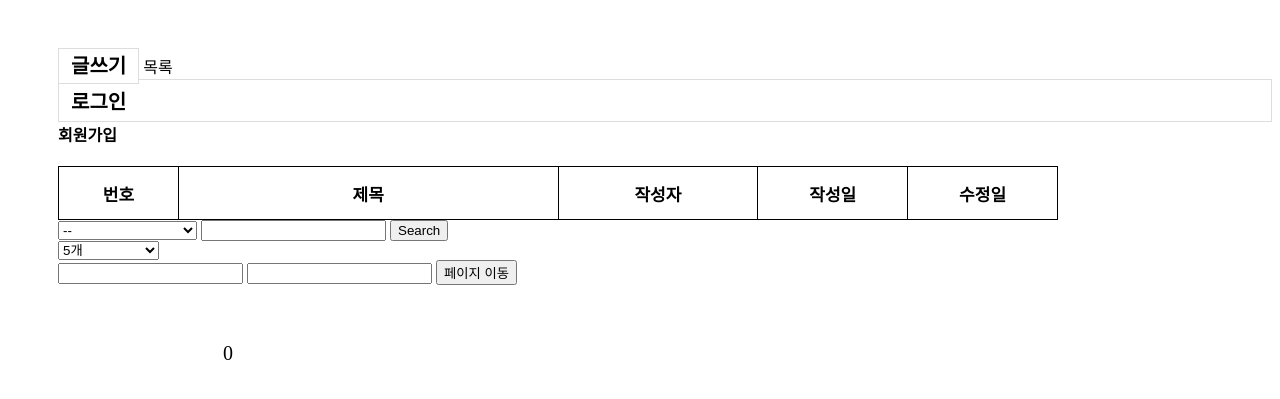
Repository: Shim-YoungDo/gaea-study
Page: http://localhost/study/WEB-INF/views/board/list.jsp
An editor plug-in stored every save of this project. The page is shown before and after the next save, followed by the edit.
The browser window is 1280 px wide. The pictures show the whole page.
The page is served by Tomcat 9. Nobody is signed in. Other server files are loaded and not shown. The template is opened directly, without the code that normally fills it, so the values that code supplies are empty.

Above is the page before, as saved 2021-12-07 04:49:22.

### study/src/main/webapp/WEB-INF/views/board/list.jsp
<%@ page language="java" contentType="text/html; charset=UTF-8"
	pageEncoding="UTF-8"%>
<%@ taglib uri="http://java.sun.com/jsp/jstl/core" prefix="c"%>
<%@ taglib prefix="fmt" uri="http://java.sun.com/jsp/jstl/fmt"%>
<!DOCTYPE html>
<html>
<head>
<meta charset="UTF-8">
<title>Insert title here</title>
<link rel="stylesheet" href="/resources/css/board/list.css">
<script src="https://code.jquery.com/jquery-3.4.1.js"
	integrity="sha256-WpOohJOqMqqyKL9FccASB9O0KwACQJpFTUBLTYOVvVU="
	crossorigin="anonymous"></script>
</head>
<body>
	<div class="table_wrap">
		<a href="/board/registeView" class="enroll_btn">글쓰기</a>
		<a href="/board/list" class="list_btn">목록</a>
		<div class="login_area">
		<!-- 로그인 x -->
		<c:if test="${member==null}">
		<div class="login_button"><a href="/member/login">로그인</a></div>
		<span><a href="/member/join">회원가입</a></span>
		</c:if>

		<!-- 로그인 o -->
		<c:if test="${member != null}">
		<div class="login_success_area">
			<span>이름:${member.memberName}</span>
			<span>아이디:${member.memberID}</span>
			<a href="/member/logout">로그아웃</a>
		</div>
		</c:if>

		<table>
			<thead>
				<tr>
					<th class="bno_width">번호</th>
					<th class="title_width">제목</th>
					<th class="writer_width">작성자</th>
					<th class="regdate_width">작성일</th>
					<th class="updatedate_width">수정일</th>
				</tr>
			</thead>
			<c:forEach items="${list}" var="list">
				<tr>
					<td><c:out value="${list.boardNumber}" /></td>
					<td>
						<a class="move" href='<c:out value="${list.boardNumber}"/>'>
							<c:out value="${list.boardTitle}" />
						</a>
					</td>
					<td>
						<c:out value="${list.boardWriter}" />
					</td>
					<td>
						<fmt:formatDate pattern="yyyy/MM/dd"
							value="${list.boardRegistrationDate}" />
					</td>
					<td>
						<fmt:formatDate pattern="yyyy/MM/dd"
							value="${list.boardUpdateDate}" />
					</td>
				</tr>
			</c:forEach>
		</table>

		<div class="search_wrap">
			<div class="search_area">
				<select name="type">
                <option value="" <c:out value="${pageMake.cri.type == null?'selected':'' }"/>>--</option>
                <option value="T" <c:out value="${pageMake.cri.type eq 'T'?'selected':'' }"/>>제목</option>
                <option value="C" <c:out value="${pageMake.cri.type eq 'C'?'selected':'' }"/>>내용</option>
                <option value="W" <c:out value="${pageMake.cri.type eq 'W'?'selected':'' }"/>>작성자</option>
                <option value="TC" <c:out value="${pageMake.cri.type eq 'TC'?'selected':'' }"/>>제목 + 내용</option>
                <option value="TW" <c:out value="${pageMake.cri.type eq 'TW'?'selected':'' }"/>>제목 + 작성자</option>
                <option value="TCW" <c:out value="${pageMake.cri.type eq 'TCW'?'selected':'' }"/>>제목 + 내용 + 작성자</option>
            </select>
				<input type="text" name="keyword" value="${pageMake.cri.keyword}">
				<button>Search</button>
			</div>
		</div>

		<div class="amount_wrap">
			<div class="amount_area">

					<select name="amount" onchange="selectBoxChange(this.value);">
						<option value="" disabled >=== 선택 ===</option>
						<option value=5 <c:out value="${pageMake.cri.amount == 5?'selected':''}"/>>5개</option>
    					<option value=10 <c:out value="${pageMake.cri.amount == 10?'selected':''}"/>>10개</option>
    					<option value=20 <c:out value="${pageMake.cri.amount == 20?'selected':''}"/>>20개</option>
    					<option value=25 <c:out value="${pageMake.cri.amount == 25?'selected':''}"/>>25개</option>

					</select>

			</div>
		</div>


		<div class="page_select_wrap">
			<div class="page_select_area">
				<input type = "text" pattern="\d" name="pageSelect"value='<c:out value="${pageMake.cri.pageNum}"/>'>
				<input name = "totalPage" readonly="readonly" value = '<c:out value="${pageMake.realEnd}"/>'>
				<button>페이지 이동</button>
			</div>
		</div>

		<div class="pageInfo_wrap">
			<div class="pageInfo_area">
				<ul id="pageInfo" class="pageInfo">

					<!-- 이전페이지 버튼 -->
					<c:if test="${pageMake.prev}">
						<li class="pageInfo_btn previous"><a href="${pageMake.startPage-1}">이전</a></li>
					</c:if>

					<!-- 각 번호 페이지 버튼 -->
					<c:forEach var="num" begin="${pageMake.startPage}" end="${pageMake.endPage}">
						<li class="pageInfo_btn ${pageMake.cri.pageNum == num ? "active":"" }"><a href="${num}">${num}</a></li>
					</c:forEach>

					<!--
					<form id="pageForm" method="post">
					<select name="amount" id="amount" onchange="selectBoxChange(this.value);">
						<option value="none">=== 선택 ===</option>
						<option value="5">5개</option>
    					<option value="10">10개</option>
    					<option value="20">20개</option>
					</select>
					</form>
					-->

					<!-- 다음페이지 버튼 -->
					<c:if test="${pageMake.next}">
						<li class="pageInfo_btn next"><a href="${pageMake.endPage+1}">다음</a></li>
					</c:if>
				</ul>
			</div>
		</div>

		<form id="moveForm" method="get">
			<input type="hidden" name="pageNum" value="${pageMake.cri.pageNum}">
			<input type="hidden" name="amount" value="${pageMake.cri.amount}">
			<input type="hidden" name="keyword" value="${pageMake.cri.keyword}">
			<input type="hidden" name="type" value="${pageMake.cri.type}">

		</form>
	</div>
</div>

	<script>
		let moveForm = $("#moveForm");
		let pageForm = $("#pageForm");

		$(".move").on("click", function(e) {
			e.preventDefault();
			moveForm.append("<input type='hidden' name='boardNumber' value='"
					+ $(this).attr("href") + "'>"); //<form>내부 boardNumber값을 저장하는 <input>태그 생성
			moveForm.attr("action", "/board/getPage");
			moveForm.submit();
				});

		$(".pageInfo a").on("click", function(e){
			e.preventDefault();
			moveForm.find("input[name='pageNum']").val($(this).attr("href")); //<form>내부 pageNum과 관련된 <input>태그의 value 속성값에 클릭한<a>태그 페이지 번호 삽입
			moveForm.attr("action", "/board/list");
			moveForm.submit();
		});

		/*
		var selectBoxChange = function(value){
			console.log("결과:" +value);
			$.ajax({
				type:"post",
				url:"/board/pageAmount",
				data: "pageAmount=" +value,
				success : function(data){
					alert("성공", +data);
					console.log(data);
				}
			});
		}*/

		/*
		$("#pageForm").change(function(){
			var pageAmount = value;

			$.ajax({
				type:"post",
				url:"/board/pageAmount",
				data: "pageAmount=" +pageAmount,
				success : function(data){
					alert("성공", +data);
					console.log(data);
				}
			});

		});*/


		//검색기능
		$(".search_area button").on("click", function(e){
			e.preventDefault();

			let type = $(".search_area select").val();
			let keyword = $(".search_area input[name='keyword']").val();

			if(!type){
				alert("검색 종류를 선택하세요");
				return false;
			}
			if(!keyword){
				alert("키워드를 입력하세요");
				return false;
			}

			//let val = $("input[name='keyword']").val();
			moveForm.find("input[name='type']").val(type);
			moveForm.find("input[name='keyword']").val(keyword);
			moveForm.find("input[name='pageNum']").val(1);
			moveForm.submit();
		});

		/*
		$("#pageForm").change(function(){
			var pageAmount = value;
			let amount = $(".amount_area select").val();

			pageForm.find("input[name]='amount'").val(amount);
			pageForm.submit();
		});*/

		//화면에 출력될 총 게시글 수 선택
		var selectBoxChange = function(value){

			let amount = $(".amount_area select").val();

			//pageForm.find("input[name]='amount'").val(amount);
			//pageForm.submit();
			moveForm.find("input[name='amount']").val(amount);
			moveForm.find("input[name='pageNum']").val(1);
			moveForm.submit();

			console.log("결과:" +value);
			//alert("성공", +data);
		}

		//선택 페이지 이동
		$(".page_select_area button").on("click",function(){

			let pageNum = $(".page_select_area [name='pageSelect']").val();

			moveForm.find("input[name='pageNum']").val(pageNum);
			moveForm.attr("action", "/board/list");
			moveForm.submit();
		});




		/*
		$(".page_count_area button").on("click"function(){
			let pageCount = $(".page_count_area [name='pageCount']").val();
			moveForm.find("input[name='pageCount']").val(pageCount);
			moveForm.attr("action", "/board/list");
			moveForm.submit();
		});
		*/
	</script>

</body>
</html>

### study/src/main/webapp/resources/css/board/list.css
@charset "UTF-8";
a{
  	text-decoration : none;
  }
  table{
 	border-collapse: collapse;
 	width: 1000px;
 	margin-top : 20px;
 	text-align: center;
  }
  td, th{
  	border : 1px solid black;
  	height: 50px;
  }
  th{
  	font-size : 17px;
  }
  thead{
  	font-weight: 700;
  }
  .table_wrap{
  	margin : 50px 0 0 50px;
  }
  .bno_width{
  	width: 12%;
  }
  .writer_width{
  	width: 20%;
  }
  .regdate_width{
  	width: 15%;
  }
  .updatedate_width{
  	width: 15%;
  }
  .enroll_btn{
  	font-size: 20px;
    padding: 6px 12px;
    background-color: #fff;
    border: 1px solid #ddd;
    font-weight: 600;
  }

  .pageInfo{
      list-style : none;
      display: inline-block;
    margin: 50px 0 0 100px;
  }
  .pageInfo li{
      float: left;
    font-size: 20px;
    margin-left: 18px;
    padding: 7px;
    font-weight: 500;
  }
  .login_button{
  	font-size: 20px;
    padding: 6px 12px;
    background-color: #fff;
    border: 1px solid #ddd;
    font-weight: 600;
  }
  .login_area>span{
	margin-top:10ox;
	font-weight:900;
	display:inline-block;
}


 a:link {color:black; text-decoration: none;}
 a:visited {color:black; text-decoration: none;}
 a:hover {color:blue; text-decoration: underline;}
 .active{
 	text-decoration:underline;
 }

After the next save:
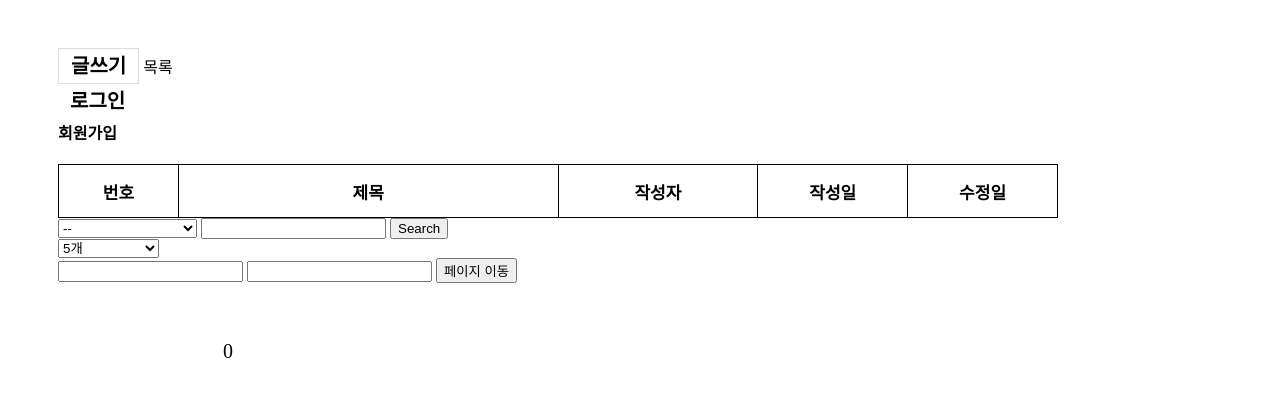
Saved 61 s later.
--- a/study/src/main/webapp/resources/css/board/list.css
+++ b/study/src/main/webapp/resources/css/board/list.css
@@ -57,7 +57,6 @@ a{
   	font-size: 20px;
     padding: 6px 12px;
     background-color: #fff;
-    border: 1px solid #ddd;
     font-weight: 600;
   }
   .login_area>span{
